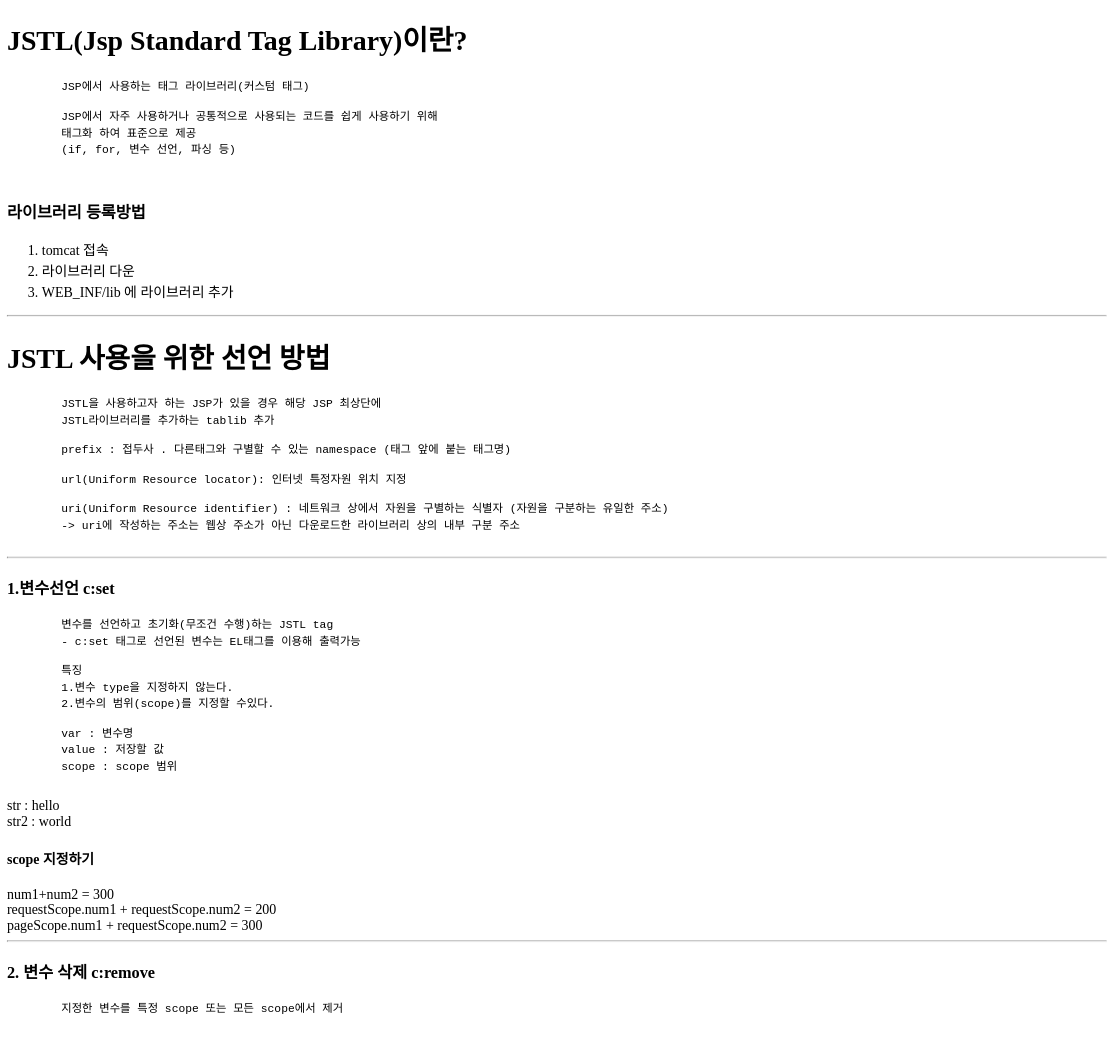
Repository: Seenee-Shin/servlet-jsp
Page: http://localhost/JSPProject/05_JSTL_1.jsp
These files come from the project's save history. The page is drawn as it stood at one moment and after the next save; the edit follows.
The browser window is 1280 px wide. The pictures show the whole page, at 87% of full size.
The page is served by Tomcat 9. Other server files are loaded and not shown.

Above is the page before, as saved 2021-11-30 01:38:31.

### JSPProject/src/main/webapp/05_JSTL_1.jsp
<%@ page language="java" contentType="text/html; charset=UTF-8" pageEncoding="UTF-8"%>
<%@ taglib prefix="c" uri="http://java.sun.com/jsp/jstl/core" %>
<!DOCTYPE html>
<html lang="ko">
<head>
	<meta charset="UTF-8">
	<meta name="viewport" content="width=device-width, initial-scale=1.0">
	<title>05.JSTL 개요</title>
</head>
<body>
	<h1>JSTL(Jsp Standard Tag Library)이란?</h1>

	<pre>
	JSP에서 사용하는 태그 라이브러리(커스텀 태그)

	JSP에서 자주 사용하거나 공통적으로 사용되는 코드를 쉽게 사용하기 위해
	태그화 하여 표준으로 제공
	(if, for, 변수 선언, 파싱 등)

	</pre>

	<h3>라이브러리 등록방법</h3>
	<ol>
		<li>tomcat 접속</li>
		<li>라이브러리 다운</li>
		<li>WEB_INF/lib 에 라이브러리 추가</li>
	</ol>

	<hr>
	<h1> JSTL 사용을 위한 선언 방법</h1>
	<pre>
	JSTL을 사용하고자 하는 JSP가 있을 경우 해당 JSP 최상단에
	JSTL라이브러리를 추가하는 tablib 추가

	prefix : 접두사 . 다른태그와 구별할 수 있는 namespace (태그 앞에 붙는 태그명)

	url(Uniform Resource locator): 인터넷 특정자원 위치 지정

	uri(Uniform Resource identifier) : 네트워크 상에서 자원을 구별하는 식별자 (자원을 구분하는 유일한 주소)
	-> uri에 작성하는 주소는 웹상 주소가 아닌 다운로드한 라이브러리 상의 내부 구분 주소
	</pre>

	<hr>
	<h3>1.변수선언 c:set </h3>
	<pre>
	변수를 선언하고 초기화(무조건 수행)하는 JSTL tag
	- c:set 태그로 선언된 변수는 EL태그를 이용해 출력가능

	특징
	1.변수 type을 지정하지 않는다.
	2.변수의 범위(scope)를 지정할 수있다.

	var : 변수명
	value : 저장할 값
	scope : scope 범위
	</pre>

	<% String str = "hello"; %>
	str : <%= str %>
	<br>
	<c:set var="str2" value="world"></c:set>
	str2 : ${str2}

	<h4>scope 지정하기</h4>
	<c:set var="num1" value="100"/> <!-- scope 기본값은 page -->
	<c:set var="num2" value="200" scope="request"/>
	num1+num2 = ${num1 + num2}<br>

	requestScope.num1 + requestScope.num2 = ${requestScope.num1 + requestScope.num2} <br>
	pageScope.num1 + requestScope.num2 = ${pageScope.num1 + requestScope.num2} <br>

	<hr>
	<h3>2. 변수 삭제 c:remove</h3>
	<pre>
	지정한 변수를 특정 scope 또는 모든 scope에서 제거
	</pre>

</body>
</html>

After the next save:
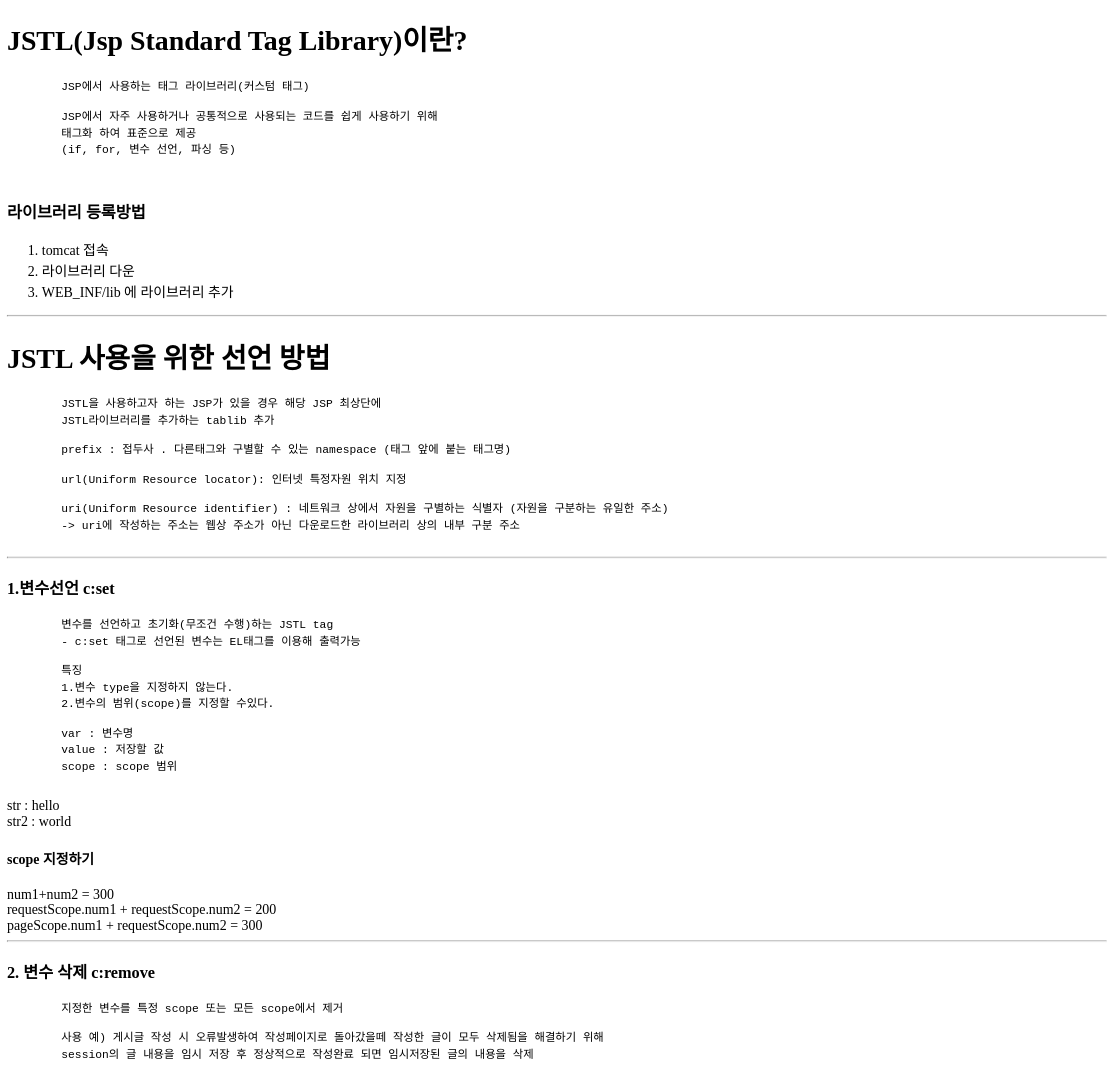
Saved 3 min 28 s later.
--- a/JSPProject/src/main/webapp/05_JSTL_1.jsp
+++ b/JSPProject/src/main/webapp/05_JSTL_1.jsp
@@ -73,6 +73,9 @@
 	<h3>2. 변수 삭제 c:remove</h3>
 	<pre>
 	지정한 변수를 특정 scope 또는 모든 scope에서 제거
+
+	사용 예) 게시글 작성 시 오류발생하여 작성페이지로 돌아갔을떼 작성한 글이 모두 삭제됨을 해결하기 위해
+	session의 글 내용을 임시 저장 후 정상적으로 작성완료 되면 임시저장된 글의 내용을 삭제
 	</pre>
 
 </body>
